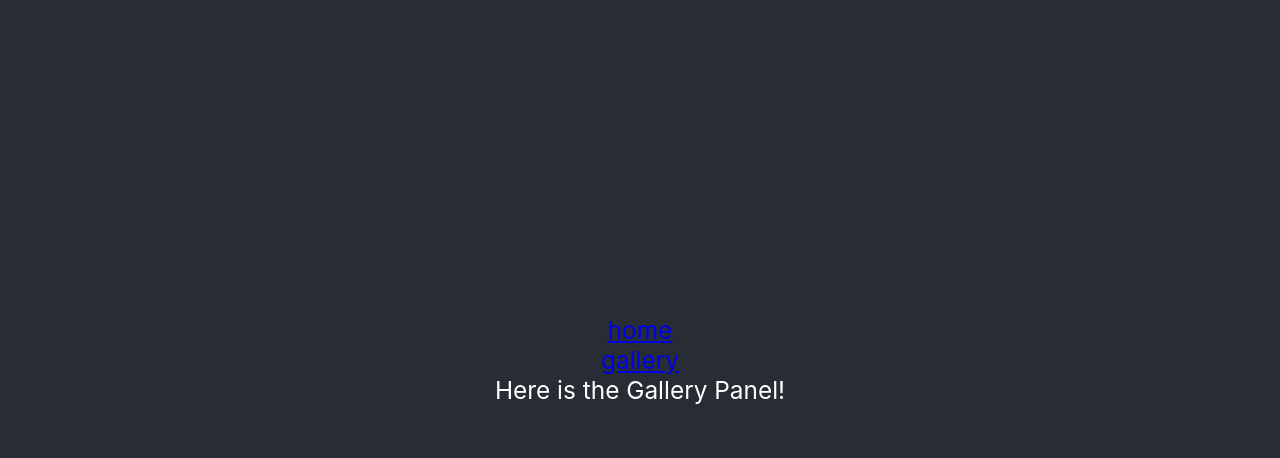
Repository: ZhengyuLi0929/ArtMuseum_ArtIC
Page: /gallery
An editor plug-in stored every save of this project. The page is shown before and after the next save, followed by the edit.
The browser window is 1280 px wide. The pictures show the whole page.
The page's requests for data from a server got no answer. The project was rebuilt for these pictures with package versions that can differ from the ones it lists, and the page was loaded fresh each time. No one was signed in, and anything a server would have sent is missing. Also part of the build but not shown: src/home.tsx.

Above is the page before, as saved 2023-01-10 22:58:56.

After the next save:
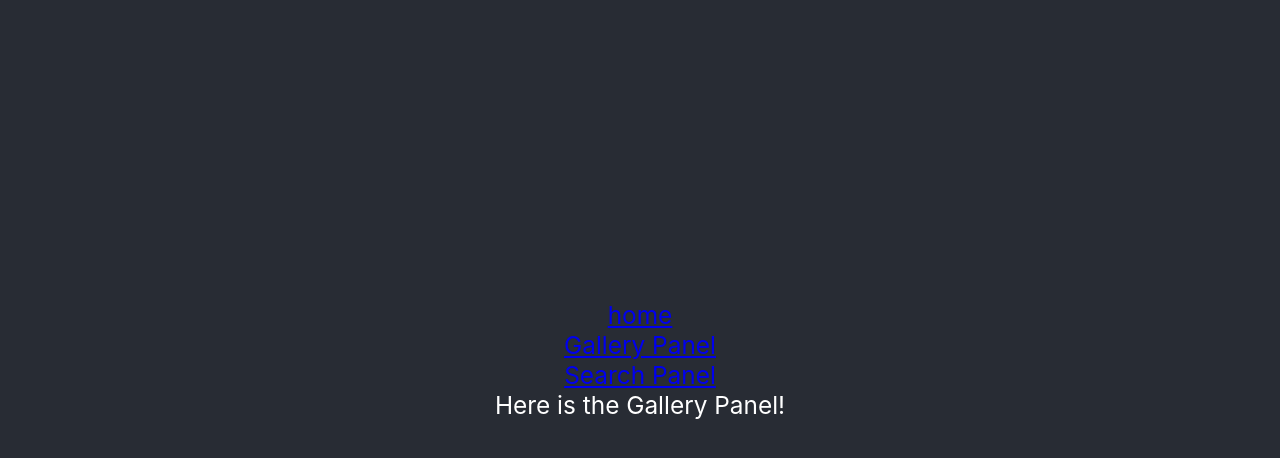
Saved 2 min 29 s later.
--- a/src/App.tsx
+++ b/src/App.tsx
@@ -7,8 +7,9 @@ import {
   Routes,
   Link} from "react-router-dom"
 
-  import HomeView from './home';
-  import GalleryView from './gallery';
+import HomeView from './home';
+import GalleryView from './gallery';
+import ListView from './list';
 
 function App() {
   return (
@@ -16,10 +17,12 @@ function App() {
     <div className="App">
       <header className="App-header">
         <Link to ="/"> home </Link>
-        <Link to ="/gallery"> gallery </Link>
+        <Link to ="/gallery"> Gallery Panel </Link>
+        <Link to ="/list"> Search Panel </Link>
           <Routes>
             <Route path = "/" element = {<HomeView></HomeView>}/>
             <Route path = "/gallery" element = {<GalleryView></GalleryView>}/>
+            <Route path = "/list" element = {<ListView></ListView>}/>
           </Routes>
       </header>
     </div>
